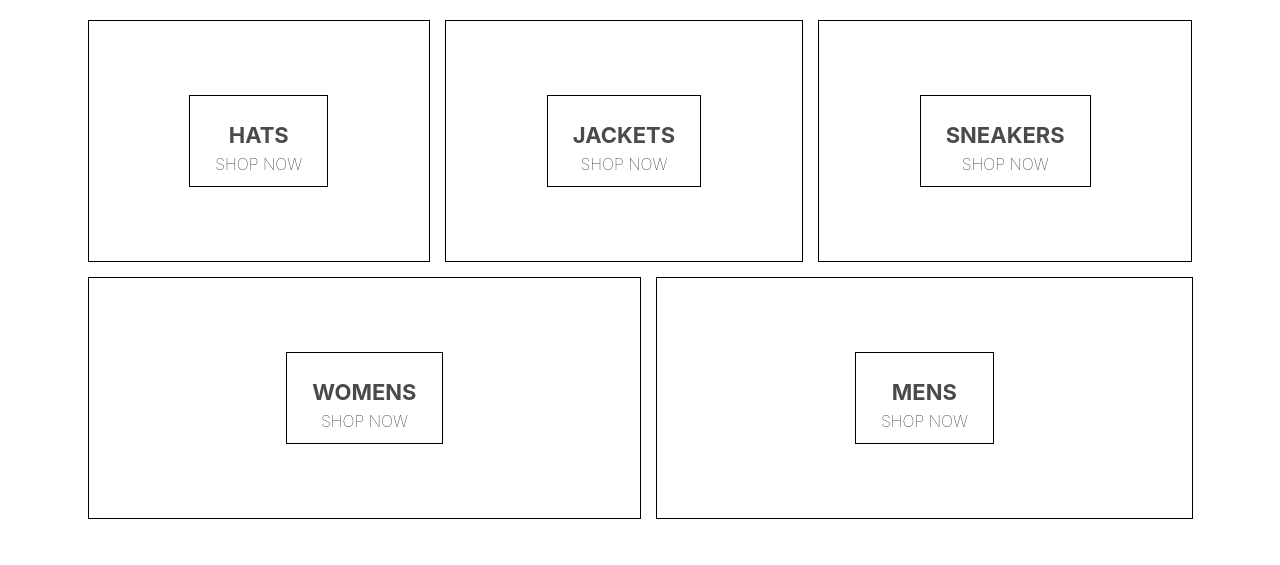
Repository: chonax/crwn-clothing
Page: /signin
An editor plug-in stored every save of this project. The page is shown before and after the next save, followed by the edit.
The browser window is 1280 px wide. The pictures show the whole page.
The project was rebuilt for these pictures with package versions that can differ from the ones it lists, and the page was loaded fresh each time. Also part of the build but not shown: src/App.css.

Above is the page before, as saved 2021-01-16 15:39:34.

### src/App.js
import React from 'react';
import './App.css';

import HomePage from './homepage.component';

function App() {
  return (
  <div>
    <HomePage />
  </div>
  );
}

export default App;

### src/homepage.component.jsx
import React from 'react';

import './homepage.styles.scss';

const HomePage = () => (
  <div className='homepage'>
    <div className='directory-menu'>
    <div className='menu-item'>
        <div className='content'>
          <h1 className='title'>HATS</h1>
          <span className='subtitle'>SHOP NOW</span>
        </div>
      </div>
      <div className='menu-item'>
        <div className='content'>
          <h1 className='title'>JACKETS</h1>
          <span className='subtitle'>SHOP NOW</span>
        </div>
      </div>
      <div className='menu-item'>
        <div className='content'>
          <h1 className='title'>SNEAKERS</h1>
          <span className='subtitle'>SHOP NOW</span>
        </div>
      </div>
      <div className='menu-item'>
        <div className='content'>
          <h1 className='title'>WOMENS</h1>
          <span className='subtitle'>SHOP NOW</span>
        </div>
      </div>
      <div className='menu-item'>
        <div className='content'>
          <h1 className='title'>MENS</h1>
          <span className='subtitle'>SHOP NOW</span>
        </div>
      </div>
    </div>
  </div>
);

export default HomePage;

### src/homepage.styles.scss
.homepage {
  display: flex;
  flex-direction: column;
  align-items: center;
  padding: 20px 80px;
}

.directory-menu {
  width: 100%;
  display: flex;
  flex-wrap: wrap;
  justify-content: space-between;
}

.menu-item {
  min-width: 30%;
  height: 240px;
  flex: 1 1 auto;
  display: flex;
  align-items: center;
  justify-content: center;
  border: 1px solid black;
  margin: 0 7.5px 15px;

  &:first-child {
    margin-right: 7.5px;
  }

  &:last-child {
    margin-left: 7.5px;
  }

  .content {
    height: 90px;
    padding: 0 25px;
    display: flex;
    flex-direction: column;
    align-items: center;
    justify-content: center;
    border: 1px solid black;

    .title {
      font-weight: bold;
      margin-bottom: 6px;
      font-size: 22px;
      color: #4a4a4a;
    }

    .subtitle {
      font-weight: lighter;
      font-size: 16px;
    }
  }
}

### src/pages/homepage/homepage.component.jsx
import React from 'react';

import './homepage.styles.scss';

const HomePage = () => (
  <div className='homepage'>
    <div className='directory-menu'>
    <div className='menu-item'>
        <div className='content'>
          <h1 className='title'>HATS</h1>
          <span className='subtitle'>SHOP NOW</span>
        </div>
      </div>
      <div className='menu-item'>
        <div className='content'>
          <h1 className='title'>JACKETS</h1>
          <span className='subtitle'>SHOP NOW</span>
        </div>
      </div>
      <div className='menu-item'>
        <div className='content'>
          <h1 className='title'>SNEAKERS</h1>
          <span className='subtitle'>SHOP NOW</span>
        </div>
      </div>
      <div className='menu-item'>
        <div className='content'>
          <h1 className='title'>WOMENS</h1>
          <span className='subtitle'>SHOP NOW</span>
        </div>
      </div>
      <div className='menu-item'>
        <div className='content'>
          <h1 className='title'>MENS</h1>
          <span className='subtitle'>SHOP NOW</span>
        </div>
      </div>
    </div>
  </div>
);

export default HomePage;

Loaded but not shown: public/index.html (common file); src/index.js (common file); src/index.css (common file); src/pages/homepage/homepage.styles.scss (common file)

After the next save:
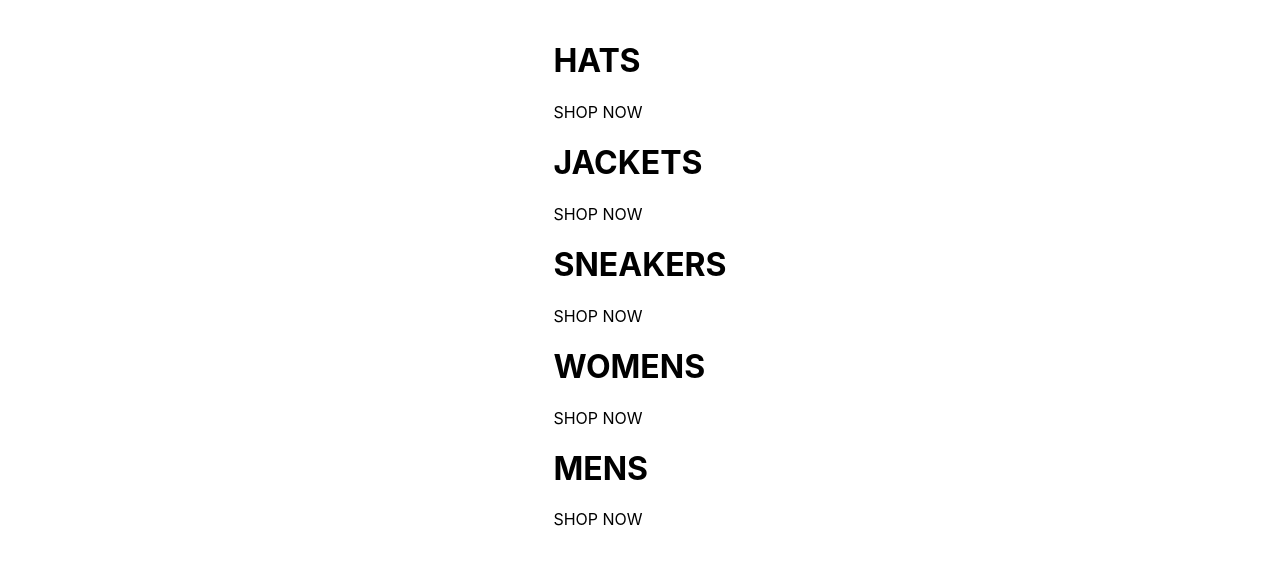
Saved 45 s later.
--- a/src/App.js
+++ b/src/App.js
@@ -1,7 +1,7 @@
 import React from 'react';
 import './App.css';
 
-import HomePage from './homepage.component';
+import HomePage from './pages/homepage/homepage.component';
 
 function App() {
   return (
